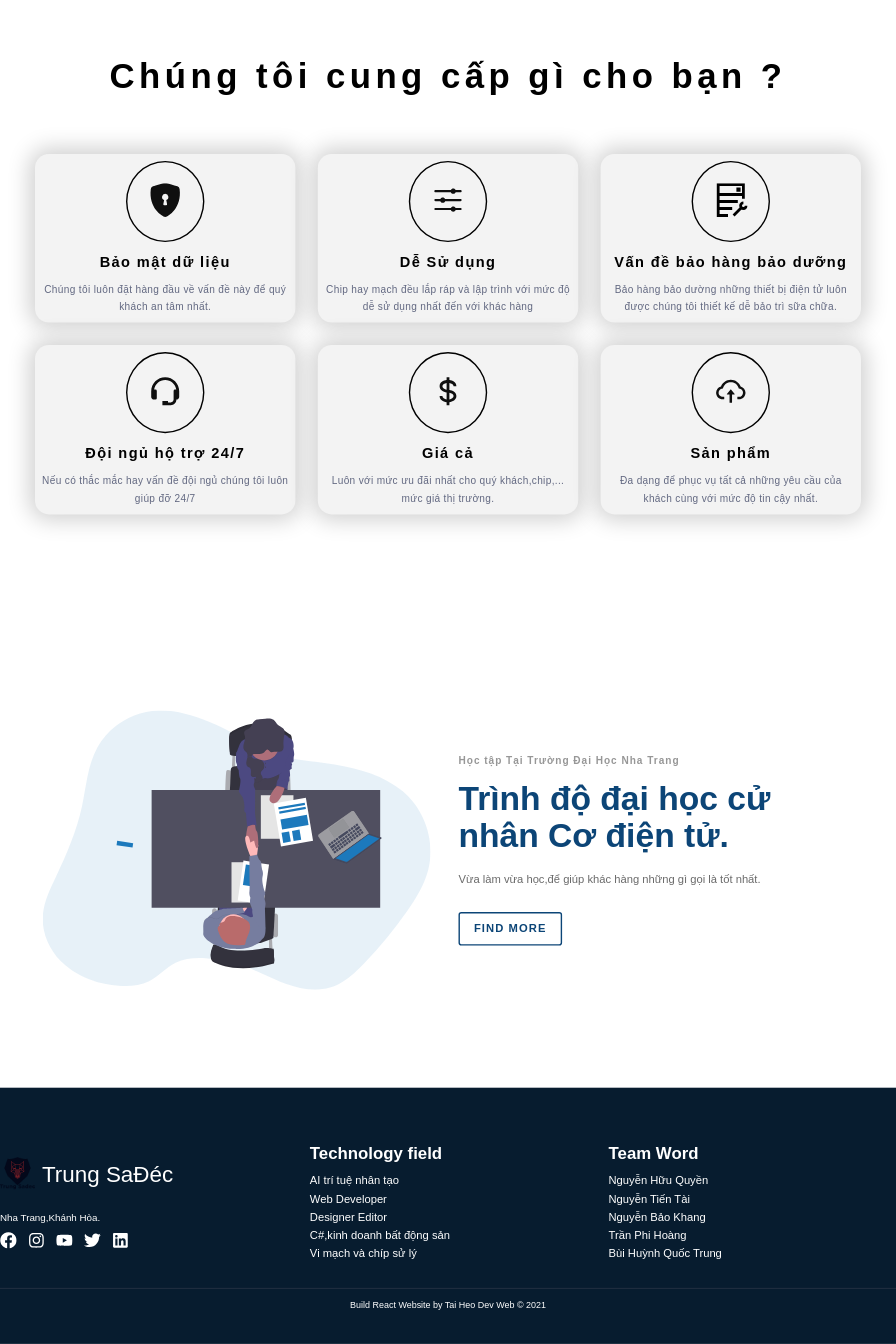
Repository: fdhhhdjd/Profile-Gift-B_H_Q_Trung
Page: /
The author's editor kept a copy of each file at every save. The page is drawn from the files as they stood at one save, then again after the next save.
The browser window is 1280 px wide. The pictures show the part of the page from y = 777 to 2697 px (the page is 2697 px tall), at 70% of full size.
The project was rebuilt for these pictures with package versions that can differ from the ones it lists, and the page was loaded fresh each time. Also part of the build but not shown: src/App.css, src/Styles/PricingStyles.js, src/Data/PricingData.js, src/Pages/PricingPage.js. Imported but missing from the stored project, and not drawn on this page: src/Pages/SignUpPage.

Above is the page before, as saved 2021-10-29 09:43:15.

### src/App.js
import logo from "./logo.svg";
import "./App.css";
import { BrowserRouter as Router, Switch, Route } from "react-router-dom";
import {
  Home,
  Navbar,
  GlobalStyles,
  PricingPage,
  Footer,
} from "./Imports/Index";
function App() {
  return (
    <>
      <Router>
        <GlobalStyles />
        <Navbar />
        <Switch>
          <Route path="/" exact component={Home} />
          <Route path="/pricing" exact component={PricingPage} />
        </Switch>
        <Footer />
      </Router>
    </>
  );
}

export default App;

### src/Imports/Index.js
export { default as Home } from "../Pages/Home";
export { default as PricingPage } from "../Pages/PricingPage";
export { default as SignUpPage } from "../Pages/SignUpPage";
export { default as Navbar } from "../Components/Navbar";
export { default as GlobalStyles } from "../Styles/GlobalStyles";
export { default as Hero } from "../Components/Hero";
export { default as Footer } from "../Pages/Footer";

### src/Pages/Home.js
import React from "react";
import { Hero } from "../Imports/Index";
import FeaturesData from "../Components/FeaturesData";
import { Content } from "../Components/Content";
import { heroOne, heroTwo, heroThree } from "../Data/HeroData";

const Home = () => {
  return (
    <>
      <Hero />
      <FeaturesData />
      <Content {...heroOne} />
    </>
  );
};

export default Home;

### src/Components/Navbar.js
import React, { useState, memo } from "react";
import { data } from "../Data/NavbarData";
import { FaRProject, FaTimes } from "react-icons/fa";
import { CgMenuRight } from "react-icons/cg";
import { IconContext } from "react-icons";
import { useLocation, useHistory } from "react-router-dom";
import {
  Nav,
  NavbarContainer,
  NavIcon,
  NavLogo,
  MobileIcon,
  NavMenu,
  NavItem,
  NavLinks,
} from "../Styles/NavbarStyles";
const Navbar = () => {
  const [show, setShow] = useState(false);
  let history = useHistory();
  let location = useLocation();
  const handleClick = () => {
    setShow(!show);
  };
  const scrollTo = (id) => {
    const element = document.getElementById(id);

    element.scrollIntoView({
      behavior: "smooth",
    });
  };
  const closeMobileMenu = (to, id) => {
    if (id && location.pathname === "/") {
      scrollTo(id);
    }

    history.push(to);
    setShow(false);
  };

  return (
    <>
      <IconContext.Provider value={{ color: "#fff" }}>
        <Nav>
          <NavbarContainer>
            <NavLogo to="/">
              <NavIcon src="./assets/logo2.png" alt="logo" />
              Trung&nbsp;SaĐéc
            </NavLogo>
            <MobileIcon onClick={handleClick}>
              {show ? <FaTimes /> : <CgMenuRight />}
            </MobileIcon>
            <NavMenu show={show}>
              {data.map((el, index) => (
                <NavItem key={index}>
                  <NavLinks onClick={() => closeMobileMenu(el.to, el.id)}>
                    {el.title}
                  </NavLinks>
                </NavItem>
              ))}
            </NavMenu>
          </NavbarContainer>
        </Nav>
      </IconContext.Provider>
    </>
  );
};

export default memo(Navbar);

### src/Components/Hero.js
import React, { useEffect, useRef, memo } from "react";
import { Button, Container, MainHeading } from "../Styles/GlobalStyles";
import {
  HeroVideo,
  HeroSection,
  HeroText,
  ButtonWrapper,
  HeroButton,
  CardB,
  ContactHero,
} from "../Styles/HeroStyles";
import { Typewriter } from "react-simple-typewriter";
import { Link } from "react-router-dom";
const Hero = () => {
  return (
    <>
      <HeroSection>
        <HeroVideo src="./assets/hero.mp4" autoPlay loop />
        <Container>
          <MainHeading>
            Hi,
            <CardB>
              <Typewriter
                loop
                cursor
                cursorStyle={"_"}
                pauseFor={1000}
                delaySpeed={3000}
                color="red"
                deleteSpeed={100}
                words={["I'm Bùi Huỳnh Quốc Trung "]}
              />
            </CardB>
          </MainHeading>
          <HeroText>
            Tôi,chuyên kiểm thử chip và làm vi mạch thiết bị điện tử tự động.
          </HeroText>
          <ButtonWrapper>
            <Link to="signup">
              <Button>Liên Hệ Ngay</Button>
            </Link>
            <a href="tel:0798805741">
              <HeroButton>Gọi Ngay</HeroButton>
            </a>
          </ButtonWrapper>
        </Container>
      </HeroSection>
    </>
  );
};

export default memo(Hero);

### src/Pages/Footer.js
import React from "react";
import {
  FooterLinkItems,
  FooterLinkTitle,
  FooterLink,
  FooterLogo,
  SocialIcon,
  FooterRights,
  FooterSocialIcon,
  FooterWrapper,
  FooterAddress,
  FooterColumn,
  FooterGrid,
} from "../Styles/FooterStyles";
import { footerData, footerSocialData } from "../Data/FooterData";
import { Row, Section } from "../Styles/GlobalStyles";

function Footer() {
  return (
    <Section padding="4rem 0 2rem 0">
      <FooterWrapper>
        <FooterGrid justify="space-between">
          <FooterColumn id="footerLogo">
            <FooterLogo to="/">
              <SocialIcon src="./assets/logo1.png" />
              Trung SaĐéc
            </FooterLogo>
            <FooterAddress>Nha Trang,Khánh Hòa.</FooterAddress>

            <Row align="center" margin="auto  0 0 0" gap="1rem">
              {footerSocialData.map((social, index) => (
                <FooterSocialIcon
                  key={index}
                  href={social.href}
                  target="_blank"
                  aria-label={social.name}
                >
                  {social.icon}
                </FooterSocialIcon>
              ))}
            </Row>
          </FooterColumn>
          {footerData.map((footerItem, index) => (
            <FooterLinkItems key={index}>
              <FooterLinkTitle>{footerItem.title}</FooterLinkTitle>
              {footerItem.links.map((link, linkIndex) => (
                <FooterLink key={linkIndex} href={link.href} target="_blank">
                  {link.name}
                </FooterLink>
              ))}
            </FooterLinkItems>
          ))}
        </FooterGrid>
        <FooterRights>
          Build React Website by Tai Heo Dev Web © 2021
        </FooterRights>
      </FooterWrapper>
    </Section>
  );
}

export default Footer;

### src/Components/FeaturesData.js
import React, { memo } from "react";
import { Section, Container } from "../Styles/GlobalStyles";
import {
  FeatureText,
  FeatureTitle,
  FeatureWrapper,
  FeatureColumn,
  FeatureImageWrapper,
  FeatureName,
  FeatureTextWrapper,
} from "../Styles/FeaturesStyles";
import { featuresData } from "../Data/FeaturesData";
const FeaturesData = () => {
  const initial = {
    y: 40,
    opacity: 0,
  };
  const animate = {
    y: 0,
    opacity: 1,
  };

  return (
    <>
      <Section smPadding="50px 10px" position="relative" inverse id="about">
        <Container>
          <FeatureTextWrapper>
            <FeatureTitle>Chúng tôi cung cấp gì cho bạn ?</FeatureTitle>
          </FeatureTextWrapper>
          <FeatureWrapper>
            {featuresData.map((el, index) => (
              <>
                <FeatureColumn
                  initial={initial}
                  animate={animate}
                  transition={{ duration: 0.5 + index * 0.1 }}
                  key={index}
                >
                  <FeatureImageWrapper className={el.imgClass}>
                    {el.icon}
                  </FeatureImageWrapper>
                  <FeatureName>{el.name}</FeatureName>
                  <FeatureText>{el.description}</FeatureText>
                </FeatureColumn>
              </>
            ))}
          </FeatureWrapper>
        </Container>
      </Section>
    </>
  );
};

export default memo(FeaturesData);

### src/Components/Content.js
import React, { useEffect } from "react";
import { Container, Section } from "../Styles/GlobalStyles";
import {
  ContentRow,
  TextWrapper,
  TopLine,
  Heading,
  ContentButton,
  Subtitle,
  ImgWrapper,
  Img,
  ContentColumn,
} from "../Styles/ContentStyles";

import { useInView } from "react-intersection-observer";

export const Content = ({
  primary,
  topLine,
  headline,
  description,
  buttonLabel,
  img,
  alt,
  inverse,
  reverse,
}) => {
  const initial = { opacity: 0, y: 30 };

  return (
    <Section inverse={inverse}>
      <Container>
        <ContentRow reverse={reverse}>
          <ContentColumn>
            <TextWrapper>
              <TopLine
                initial={initial}
                transition={{ delay: 0.3, duration: 0.6 }}
              >
                {topLine.text}
              </TopLine>
              <Heading
                initial={initial}
                transition={{ delay: 0.5, duration: 0.6 }}
                inverse={inverse}
              >
                {headline}
              </Heading>
              <Subtitle
                initial={initial}
                transition={{ delay: 0.7, duration: 0.6 }}
                inverse={inverse}
              >
                {description}
              </Subtitle>
              <ContentButton
                initial={initial}
                transition={{ delay: 1, duration: 0.6 }}
                inverse={inverse}
                primary={primary}
              >
                {buttonLabel}
              </ContentButton>
            </TextWrapper>
          </ContentColumn>
          <ContentColumn
            initial={initial}
            transition={{ delay: 0.5, duration: 0.6 }}
          >
            <ImgWrapper>
              <Img
                src={img}
                alt={alt}
                whileHover={{ rotate: 2, scale: 1.02 }}
                transition={{ duration: 0.5 }}
              />
            </ImgWrapper>
          </ContentColumn>
        </ContentRow>
      </Container>
    </Section>
  );
};

### src/Data/HeroData.js
export const heroOne = {
  reverse: true,
  inverse: true,
  topLine: {
    text: "Học tập Tại Trường Đại Học Nha Trang",
  },
  headline: "Trình độ đại học cử nhân Cơ điện tử.",
  description: "Vừa làm vừa học,để giúp khác hàng những gì gọi là tốt nhất.",
  buttonLabel: "Find More",
  imgStart: "start",
  img: "./assets/svg/Deal.svg",
  start: "true",
};

export const heroTwo = {
  reverse: false,
  inverse: false,
  topLine: {
    text: "Designed & Developed",
  },
  headline: "The best practices",
  description: "Our clients have had the best experience working with us",
  buttonLabel: "View Project",

  linkTo: "/more",
  imgStart: "start",
  img: "./assets/svg/Connection.svg",
  start: "true",
};

export const heroThree = {
  reverse: true,
  inverse: true,
  topLine: {
    text: "Highly reputed brand",
  },
  headline: "Why us? ",
  description:
    "Our 9 year experience have allowed us to use the most innovative technologies and methodologies",
  buttonLabel: "View Project",

  linkTo: "/download",
  imgStart: "",
  img: "./assets/svg/ChartUp.svg",
  start: "true",
};

### src/Data/NavbarData.js
export const data = [
  {
    to: "/",
    title: "About",
    id: "about",
  },
  {
    to: "/signup",
    title: "Contact",
  },
  {
    to: "/pricing",
    title: "Pricing",
  },
];

### src/Styles/NavbarStyles.js
import styled from "styled-components";
import { Container } from "../Styles/GlobalStyles";
import { Link } from "react-router-dom";
export const Nav = styled.nav`
  background: transparent;
  margin-bottom: -80px;
  height: 80px;
  display: flex;
  justify-content: center;
  align-items: center;
  font-size: 1.2rem;
  position: absolute;
  top: 0;
  z-index: 50;
  width: 100%;

  transition: background-color 0.3s ease-in;
`;

export const NavbarContainer = styled(Container)`
  display: flex;
  justify-content: start;
  height: 80px;

  ${Container}
`;

export const NavLogo = styled(Link)`
  color: #fff;
  justify-self: flex-start;
  cursor: pointer;
  text-decoration: none;
  font-size: 2rem;
  display: flex;
  align-items: center;
  z-index: 50;
`;

export const NavIcon = styled.img`
  margin-right: 0, 5rem;
  width: 5rem;
`;

export const MobileIcon = styled.div`
  display: none;
  z-index: 50;

  @media screen and (max-width: 960px) {
    display: block;
    position: absolute;
    top: 0;
    right: 0;
    transform: translate(-100%, 60%);
    font-size: 1.8rem;
    cursor: pointer;
  }
`;

export const NavMenu = styled.ul`
  display: flex;
  align-items: center;
  list-style: none;
  text-align: center;
  width: 100%;

  @media screen and (max-width: 960px) {
    flex-direction: column;
    width: 100%;
    height: 100vh;
    position: fixed;
    padding-top: 30%;
    top: 0;
    left: 0;
    opacity: ${({ show }) => (show ? 1 : 0)};
    visibility: ${({ show }) => (show ? "visible" : "hidden")};
    transform: translateY(${({ show }) => (show ? "0" : "-10px")});
    transition: opacity 0.5s ease;
    background-color: #071c2f;
  }

  > li:first-child {
    margin-left: auto;
  }
`;

export const NavItem = styled.li`
  height: 80px;
  cursor: pointer;

  @media screen and (max-width: 960px) {
    width: 100%;

    &:hover {
      border: none;
    }
  }
`;

export const NavLinks = styled.span`
  color: #fff;
  display: flex;
  align-items: center;
  text-decoration: none;
  padding: 0.5rem 1rem;
  height: 100%;

  &:hover {
    color: #c8c9d8;
    transition: all 0.3s ease;
  }

  @media screen and (max-width: 960px) {
    text-align: center;
    padding: 2rem;
    width: 100%;
    display: table;

    &:hover {
      color: #4b59f7;
      transition: all 0.3s ease;
    }
  }
`;

export const NavBtnLink = styled(Link)`
  display: flex;
  justify-content: center;
  align-items: center;
  text-decoration: none;
  padding: 8px 16px;
  height: 100%;
  width: 100%;
  border: none;
  outline: none;
`;

### src/Styles/HeroStyles.js
import styled from "styled-components";
import { Button } from "../Styles/GlobalStyles";

export const HeroSection = styled.section`
  height: 100vh;
  background-position: center;
  background-size: cover;
  padding-top: clamp(70px, 25vh, 220px);
  box-shadow: inset 0 0 0 1000px rgba (0, 0, 0, 0.2);
`;

export const HeroVideo = styled.video`
  object-fit: cover;
  width: 100%;
  height: 100%;
  background: linear-gradient(to right, rgba(0, 0, 0, 0.7), rgba(0, 0, 0, 0.1));
  top: 0;
  position: absolute;
  z-index: -1;
`;

export const HeroText = styled.p`
  margin-bottom: 35px;
  font-size: clamp(0.9rem, 1.5vw, 1.3rem);
  line-height: 24px;
  text-align: center;
  letter-spacing: 2px;
  color: #fff;
`;

export const ButtonWrapper = styled.div`
  width: 100%;
  display: flex;
  justify-content: center;
  flex-flow: wrap;
  gap: 0.5rem;
`;

export const HeroButton = styled(Button)`
  color: black;

  &:before {
    background: #fff;
    height: 500%;
  }

  &:hover:before {
    height: 0%;
  }

  &:hover {
    color: white;
  }
`;
export const CardB = styled.b`
  color: blue;
`;
export const ContactHero = styled.b`
  width: 15px;
  height: 15px;
`;

### src/Data/FooterData.js
import React from "react";
import {
  FaFacebook,
  FaInstagram,
  FaYoutube,
  FaTwitter,
  FaLinkedin,
} from "react-icons/fa";

const iconStyle = (Icon) => <Icon />;

export const footerSocialData = [
  {
    name: "Facebook",
    href: "https://www.facebook.com/profile.php?id=100009136510942",
    icon: iconStyle(FaFacebook),
  },
  {
    name: "Instagram",
    href: "https://www.instagram.com/quoc_trung14/",
    icon: iconStyle(FaInstagram),
  },
  {
    name: "Email",
    href: "mailto:buihuynhquoctrung@gmail.com",
    icon: iconStyle(FaYoutube),
  },
  {
    name: "Zalo",
    href: "tel:0348561815",
    icon: iconStyle(FaTwitter),
  },
  {
    name: "Phone",
    href: "tel:0348561815",
    icon: iconStyle(FaLinkedin),
  },
];

export const footerData = [
  {
    title: "Technology field",
    links: [
      {
        name: "AI trí tuệ nhân tạo",
        href: "https://www.facebook.com/jonhny.nguyen.184",
      },
      {
        name: "Web Developer",
        href: "https://profile-forme.surge.sh/",
      },
      {
        name: "Designer Editor",
        href: "https://khang-designer.surge.sh//",
      },
      {
        name: "C#,kinh doanh bất động sản",
        href: "http://hoangpc.surge.sh/",
      },
      {
        name: "Vi mạch và chíp sử lý",
        href: "https://www.facebook.com/profile.php?id=100009136510942",
      },
    ],
  },
  {
    title: "Team Word",
    links: [
      {
        name: "Nguyễn Hữu Quyền",
        href: "https://www.facebook.com/jonhny.nguyen.184",
        title: "AI trí tuệ nhân tạo",
      },
      {
        name: "Nguyễn Tiến Tài",
        href: "https://www.facebook.com/profile.php?id=100006139249437",
      },
      {
        name: "Nguyễn Bảo Khang",
        href: "https://www.facebook.com/khanhgiangg102",
      },
      {
        name: "Trần Phi Hoàng",
        href: "https://www.facebook.com/hoang.p.tran.12",
      },
      {
        name: "Bùi Huỳnh Quốc Trung",
        href: "https://www.facebook.com/profile.php?id=100009136510942",
      },
    ],
  },
];

### src/Styles/FeaturesStyles.js
import styled from "styled-components";

export const FeatureTitle = styled.h2`
  text-align: center;
  font-size: clamp(1.3rem, 13vw, 3.1rem);
  line-height: 1.06;
  letter-spacing: 0.4rem;
  margin: auto;
`;

export const FeatureTextWrapper = styled.div`
  position: relative;
  padding: 0 0 20px;
  margin-bottom: 4rem;
`;

export const FeatureWrapper = styled.div`
  display: grid;
  grid-template-columns: repeat(3, 1fr);
  margin-top: 4rem;
  grid-gap: 2rem;

  @media screen and (max-width: 1100px) {
    grid-template-columns: repeat(2, 1fr);
    grid-row-gap: 3rem;
  }

  @media screen and (max-width: 568px) {
    grid-template-columns: repeat(1, 1fr);
  }
`;

export const FeatureColumn = styled.div`
  display: flex;
  flex-flow: column;
  justify-content: center;
  align-items: center;
  background: #f3f3f3;
  padding: 10px;
  box-shadow: 0 0 32px 8px #d0d0d0;
  border-radius: 20px;
`;

export const FeatureImageWrapper = styled.div`
  margin-bottom: 1rem;
  border-radius: 50%;
  border: 2px solid #000;

  padding: 30px;
`;
export const FeatureName = styled.h3`
  font-weight: 600;
  font-size: 1.3rem;
  letter-spacing: 2px;

  @media screen and (max-width: 768px) {
    font-weight: 400;
    font-size: 1rem;
    letter-spacing: 1.3px;
  }
`;
export const FeatureText = styled.p`
  margin: 1rem 0 auto;
  text-align: center;
  font-size: 0.9rem;
  line-height: 1.73;
  letter-spacing: 0.5px;
  color: #626881;

  @media screen and (max-width: 768px) {
    display: none;
  }
`;

### src/Data/FeaturesData.js
import React from "react";

import { BsFillShieldLockFill } from "react-icons/bs";
import { IoIosOptions } from "react-icons/io";
import { AiOutlineCloudUpload } from "react-icons/ai";
import { BiSupport, BiDollar } from "react-icons/bi";
import { GrHostMaintenance } from "react-icons/gr";
const iconStyle = (Icon) => <Icon size="3rem" color="#0f0f0f" />;

export const featuresData = [
  {
    name: "Bảo mật dữ liệu",
    description:
      "Chúng tôi luôn đặt hàng đầu về vấn đề này để quý khách an tâm nhất.",
    icon: iconStyle(BsFillShieldLockFill),
    imgClass: "one",
  },
  {
    name: "Dễ Sử dụng",
    description:
      "Chip hay mạch đều lắp ráp và lập trình với mức độ dễ sử dụng nhất đến với khác hàng ",
    icon: iconStyle(IoIosOptions),
    imgClass: "two",
  },
  {
    name: "Vấn đề bảo hàng bảo dưỡng",
    description:
      "Bảo hàng bảo dường những thiết bị điện tử luôn được chúng tôi thiết kế dễ bảo trì sữa chữa.",
    icon: iconStyle(GrHostMaintenance),
    imgClass: "three",
  },
  {
    name: " Đội ngủ hộ trợ 24/7 ",
    description:
      "Nếu có thắc mắc hay vấn đề đội ngủ chúng tôi luôn giúp đỡ 24/7",
    icon: iconStyle(BiSupport),
    imgClass: "four",
  },
  {
    name: "Giá cả",
    description:
      "Luôn với mức ưu đãi nhất cho quý khách,chip,... mức giá thị trường.",
    icon: iconStyle(BiDollar),
    imgClass: "five",
  },
  {
    name: "Sản phẩm",
    description:
      "Đa dạng để phục vụ tất cả những yêu cầu của khách cùng với mức độ tin cậy nhất. ",
    icon: iconStyle(AiOutlineCloudUpload),
    imgClass: "six",
  },
];

Loaded but not shown: public/index.html (common file); src/index.js (common file); src/index.css (common file); src/reportWebVitals.js (common file); src/Styles/GlobalStyles.js (140 lines, source omitted); src/Styles/FooterStyles.js (161 lines, source omitted); src/Styles/ContentStyles.js (143 lines, source omitted)

After the next save:
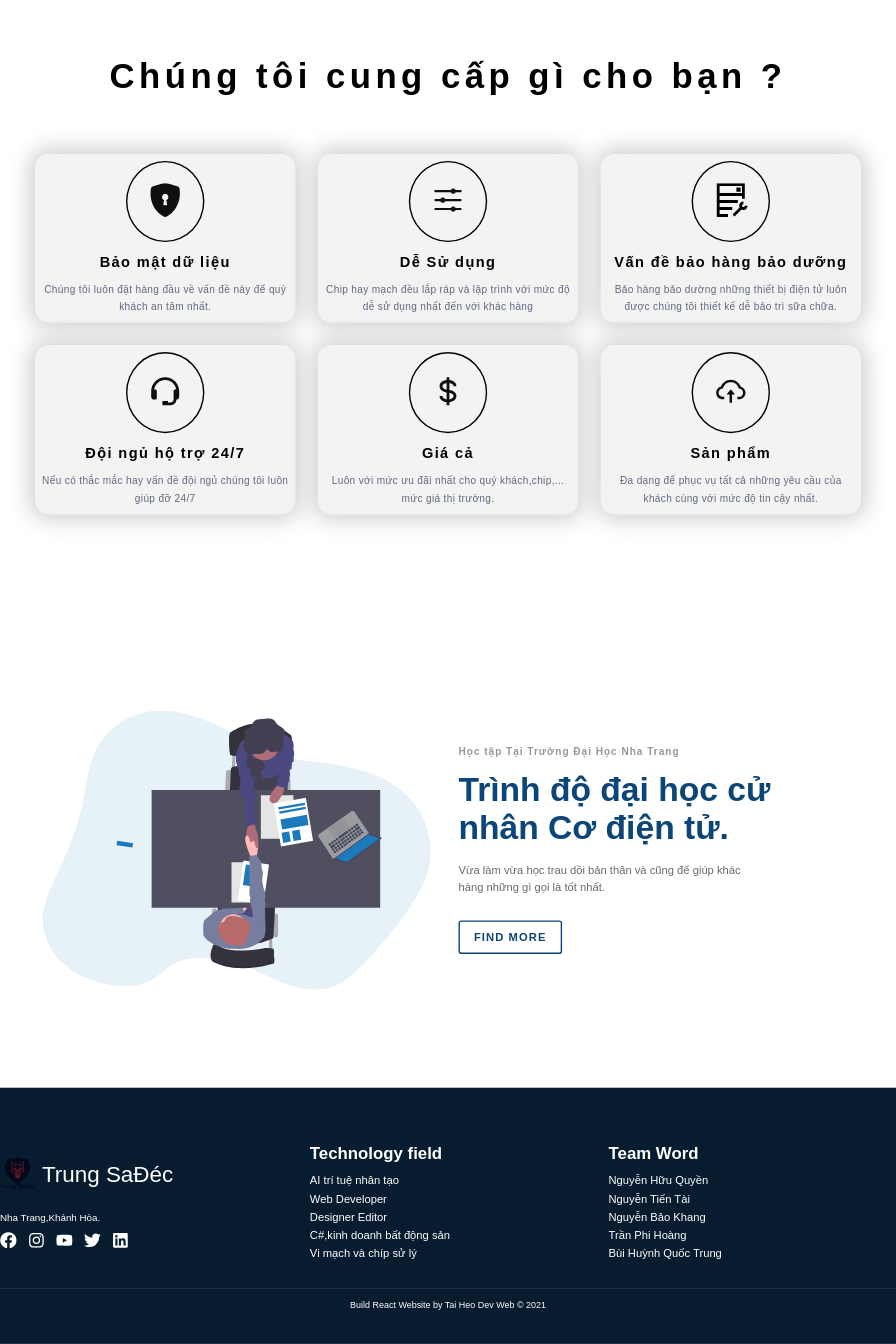
Saved 32 s later.
--- a/src/Data/HeroData.js
+++ b/src/Data/HeroData.js
@@ -5,7 +5,8 @@ export const heroOne = {
     text: "Học tập Tại Trường Đại Học Nha Trang",
   },
   headline: "Trình độ đại học cử nhân Cơ điện tử.",
-  description: "Vừa làm vừa học,để giúp khác hàng những gì gọi là tốt nhất.",
+  description:
+    "Vừa làm vừa học trau dồi bản thân và cũng để giúp khác hàng những gì gọi là tốt nhất.",
   buttonLabel: "Find More",
   imgStart: "start",
   img: "./assets/svg/Deal.svg",
